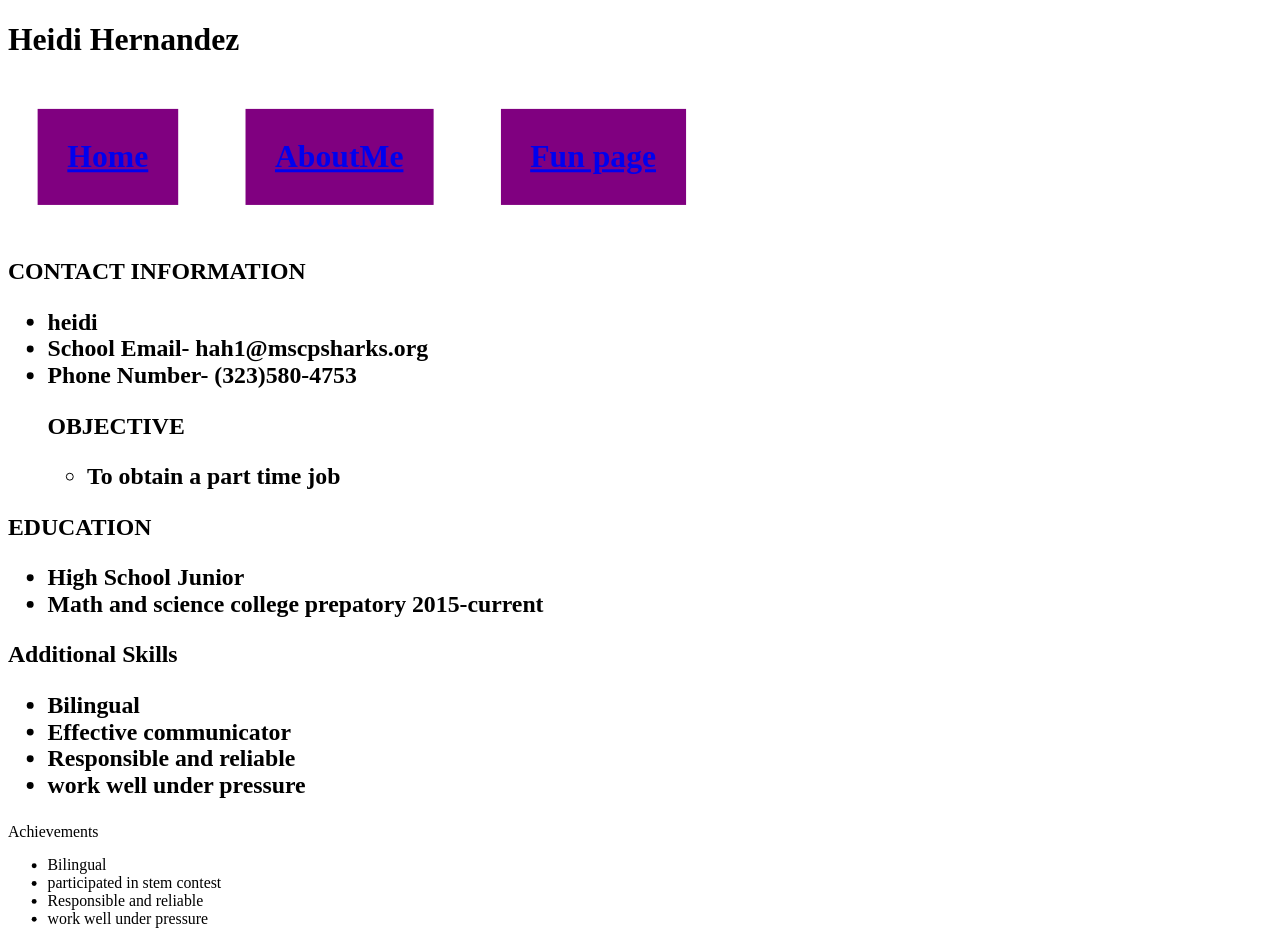
Repository: heidi80h/heidi80h.github.io
Page: Resume.html
The author's editor kept a record of every edit. The page is drawn from the files as they stood at one moment, then again after the next edit.
The browser window is 1280 px wide. The pictures show the whole page, at 99% of full size.

Above is the page before.

After the next edit:
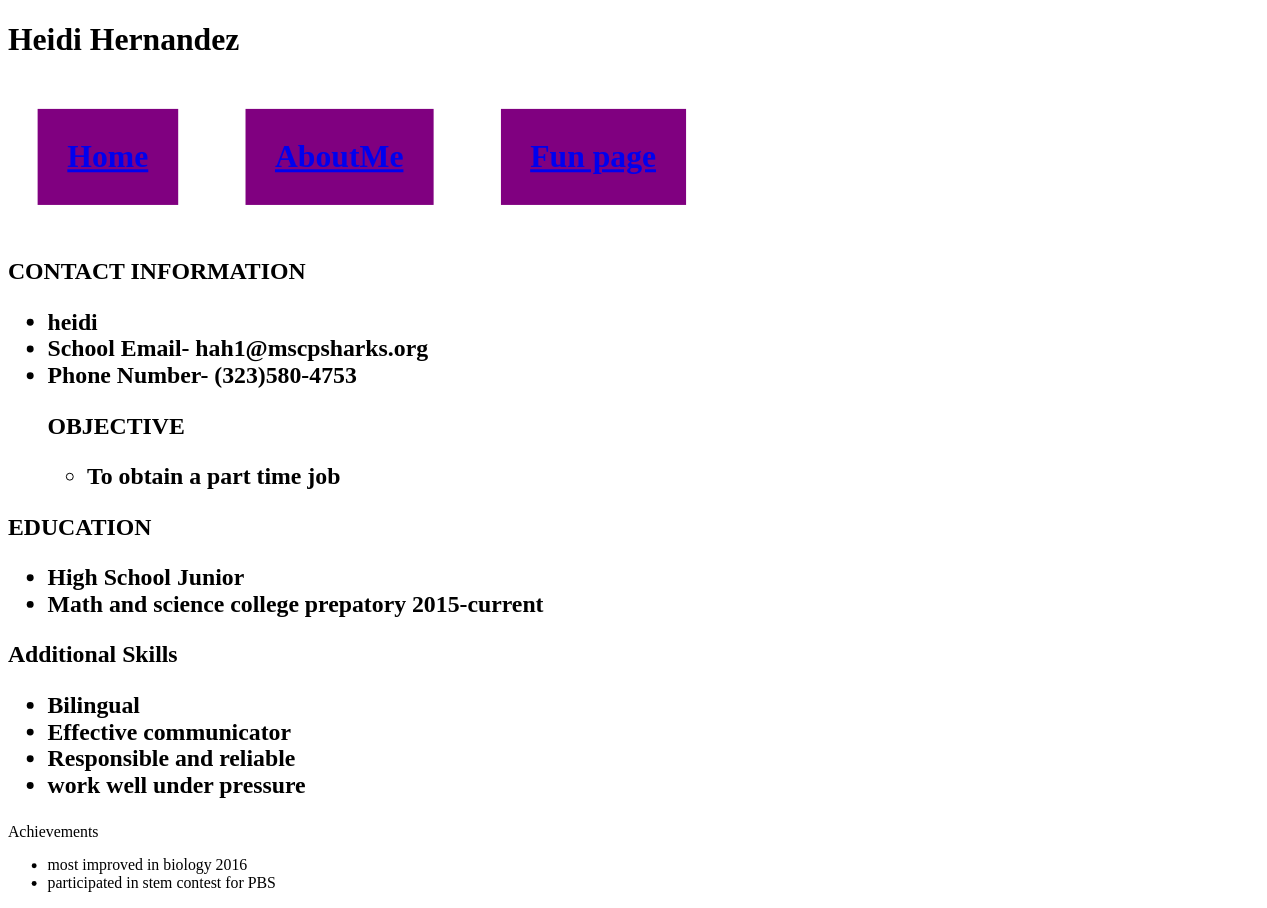
The edit:
--- a/Resume.html
+++ b/Resume.html
@@ -53,10 +53,8 @@
   </ul>
         <p>Achievements </p>
         <ul>
-            <li>Bilingual</li>
-            <li>participated in stem contest</li>
-            <li>Responsible and reliable</li>
-            <li>work well under pressure </li>
+            <li>most improved in biology 2016 </li>
+            <li>participated in stem contest for PBS </li>
         </h2>
 
     </body>
